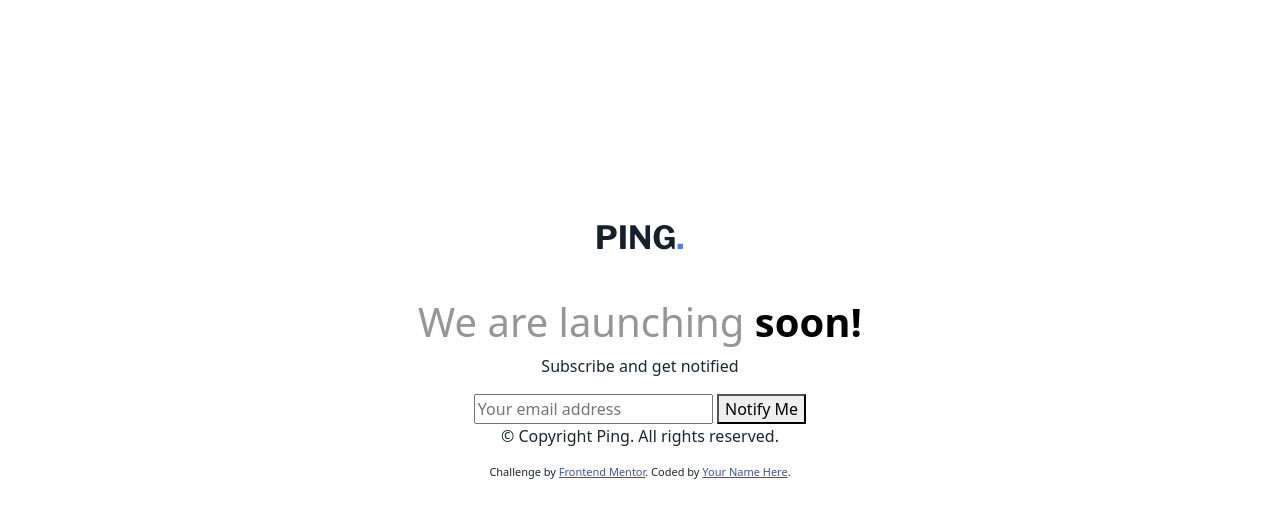
Repository: blordeus/ping-coming-soon-page-master
Page: index.html
These files come from the project's save history. The page is drawn as it stood at one moment and after a run of saves; the edit follows.
The browser window is 1280 px wide. The pictures show the whole page.
The style sheet was rebuilt from its Sass, Less or Tailwind sources for each picture, by a compiler version that may differ from the author's.

Above is the page before, as saved 2023-08-31 11:15:10.

After the next 2 saves:
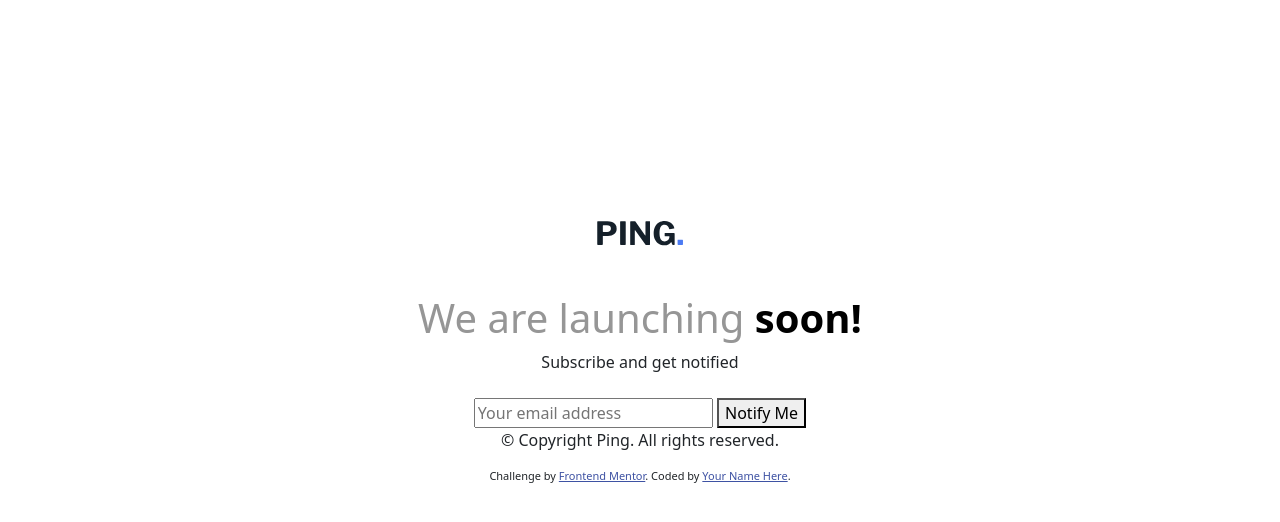
The 2 saves are shown as one change because they came seconds apart.
The last was saved 6 s later.
--- a/index.html
+++ b/index.html
@@ -17,7 +17,7 @@
 
     <h1 class="heading-color">We are launching <strong class="text-black">soon!</strong></h1>
 
-    <p class="mt-2">Subscribe and get notified</p>
+    <p class="mt-2 mb-4">Subscribe and get notified</p>
 
     <input type="email" placeholder="Your email address">
 
